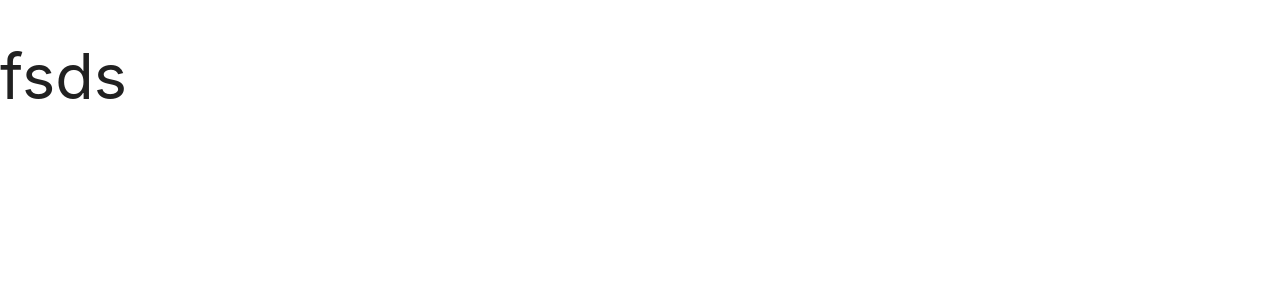
Repository: imrvj/Dark-Light-Mode
Page: /
An editor plug-in stored every save of this project. The page is shown before and after a run of saves, followed by the edit.
The browser window is 1280 px wide. The pictures show the whole page.
The project was rebuilt for these pictures with package versions that can differ from the ones it lists, and the page was loaded fresh each time.

Above is the page before, as saved 2020-02-20 12:48:31.

After the next 2 saves:
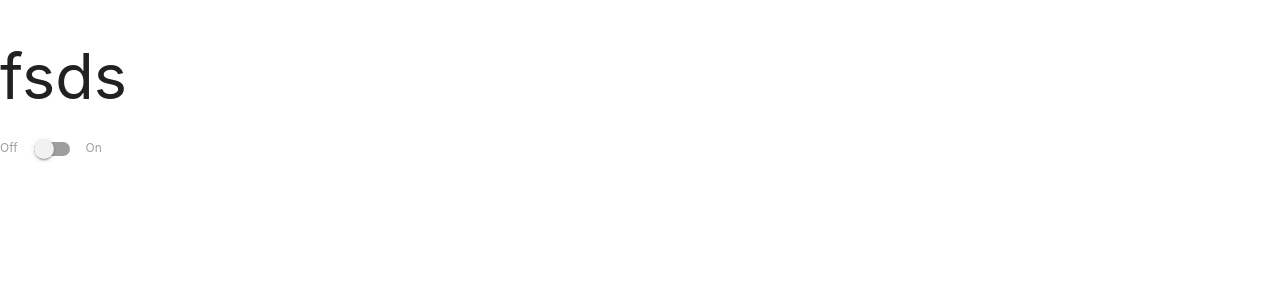
The 2 saves are shown as one change because 1 did not build or start.
The last was saved 74 s later.
--- a/src/App.js
+++ b/src/App.js
@@ -13,6 +13,14 @@ class App extends Component {
     return (
       <div>
         <h1>fsds</h1>
+        <div className="switch">
+    <label>
+      Off
+      <input type="checkbox"/>
+      <span className="lever"></span>
+      On
+    </label>
+  </div>
       </div>
     )
   }
